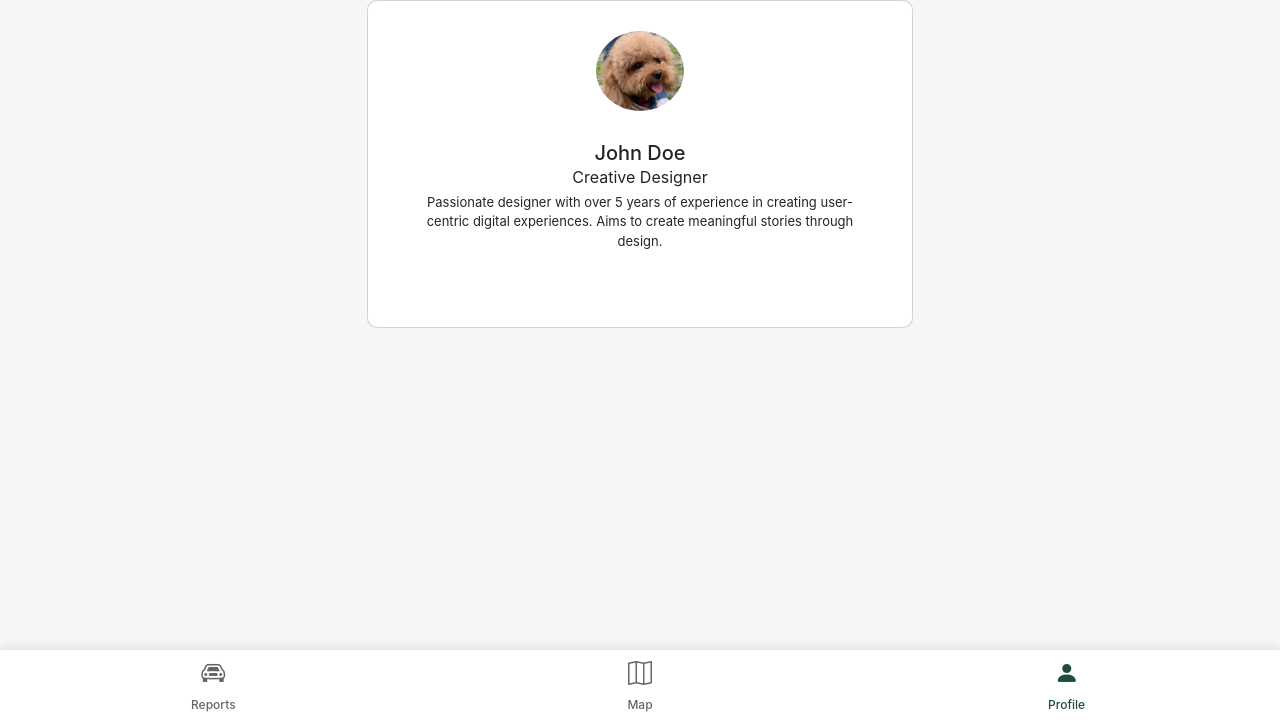
Repository: sukhrajsandhar/1800_202510_BBY8
Page: Profile.html
An editor plug-in stored every save of this project. The page is shown before and after the next save, followed by the edit.
The browser window is 1280 px wide. The pictures show the whole page.

Above is the page before, as saved 2025-03-03 19:28:14.

### Profile.html
<!DOCTYPE html>
<html lang="en">
<head>
    <meta charset="UTF-8">
    <meta name="viewport" content="width=device-width, initial-scale=1.0">
    <title>StreetSmart - User Profile</title>
    <link href="https://cdn.jsdelivr.net/npm/bootstrap@5.3.2/dist/css/bootstrap.min.css" rel="stylesheet">
    <link href="https://fonts.googleapis.com/icon?family=Material+Icons" rel="stylesheet">
    <link rel="stylesheet" href="https://cdn.jsdelivr.net/npm/bootstrap-icons@1.11.1/font/bootstrap-icons.css">
    <link rel="stylesheet" href="/styles/styles3.css">
    <link rel="stylesheet" href="/styles/styles2.css">
</head>
<body>
    <div class="container">
        <div class="row d-flex justify-content-center">
            <div class="col-md-6">
                <div class="card p-3 py-4">
                    <div class="text-center">
                        <img src="/images/elmo.jpg" width="100" class="rounded-circle">
                    </div>
                    <div class="text-center mt-3">
                        <h5 class="mt-2 mb-0">John Doe</h5>
                        <span>Creative Designer</span>
                        <div class="px-4 mt-1">
                            <p class="fonts">Passionate designer with over 5 years of experience in creating user-centric
                                digital experiences. Aims to create meaningful stories through design.</p>
                        </div>
                        <ul class="social-list">
                            <li><a href="#" class="fab fa-facebook-f"></a></li>
                            <li><a href="#" class="fab fa-twitter"></a></li>
                            <li><a href="#" class="fab fa-instagram"></a></li>
                            <li><a href="#" class="fab fa-linkedin-in"></a></li>
                        </ul>
                    </div>
                </div>
            </div>
        </div>
    </div>
    <!-- Nav bar -->
    <nav class="bottom-nav">
        <a href="Reports.html" class="nav-item">
            <i class="bi bi-car-front"></i>
            <span>Reports</span>
        </a>
        <a href="main.html" class="nav-item">
            <i class="bi bi-map"></i>
            <span>Map</span>
        </a>
        <a href="Profile.html" class="nav-item active">
            <i class="bi bi-person-fill"></i>
            <span>Profile</span>
        </a>
    </nav>

    <script src="https://cdn.jsdelivr.net/npm/bootstrap@5.3.2/dist/js/bootstrap.bundle.min.js"></script>
</body>
</html>

### styles/styles3.css
/* Stylesheet for Profile.html */

body {
    background-color: #f4f7f6;
}

.card {
    border-radius: 10px;
}

.rounded-circle {
    border: 6px solid #fff;
}

.fonts {
    font-size: 13px;
}

.social-list {
    padding: 0;
    list-style-type: none;
    display: flex;
    justify-content: center;
}

.social-list li {
    padding: 10px;
    color: #717171;
    cursor: pointer;
    font-size: 19px;
}

### styles/styles2.css
:root {
  --primary-color: #1e4d3b;
  --secondary-color: #2a6b52;
  --accent-color: #34836b;
  --light-color: #ffffff;
  --dark-color: #213547;
  --shadow-sm: 0 4px 6px rgba(0, 0, 0, 0.1);
  --shadow-md: 0 10px 30px rgba(0, 0, 0, 0.1);
  --gradient: linear-gradient(135deg, var(--primary-color), var(--secondary-color));
  --road-color: #ff7043;
  --lighting-color: #ffca28;
  --trash-color: #7e57c2;
  --graffiti-color: #42a5f5;
  --water-color: #26c6da;
  --other-color: #78909c;
}

* {
  margin: 0;
  padding: 0;
  box-sizing: border-box;
}

h1 {
  text-align: center;
  margin: 20px 0;
}

.scrollable-container {
  position: absolute;
  top: 20;
  left: 0;
  width: 100%;
  height: 80%;
  overflow-y: auto;
  box-shadow: 0 -2px 10px rgba(0, 0, 0, 0.1);
}

body {
  font-family: 'Inter', system-ui, -apple-system, BlinkMacSystemFont, 'Segoe UI', Roboto, Oxygen, Ubuntu, Cantarell, 'Open Sans', 'Helvetica Neue', sans-serif;
  height: 100vh;
  overflow: hidden;
  position: relative;
  color: var(--dark-color);
}

#map { position: absolute; top: 0; bottom: 0%; width: 100%; }


.search-container {
  position: absolute;
  top: 20px;
  left: 50%;
  transform: translateX(-50%);
  width: 90%;
  max-width: 500px;
  display: flex;
  align-items: center;
  z-index: 10;
}

.search-bar {
  flex: 1;
  background-color: white;
  border-radius: 24px;
  padding: 8px 16px;
  display: flex;
  align-items: center;
  box-shadow: var(--shadow-md);
}

.search-bar i {
  color: #666;
  margin-right: 8px;
}

.search-bar input {
  flex: 1;
  border: none;
  outline: none;
  font-size: 16px;
  padding: 4px 0;
}

.report-btn {
  width: 48px;
  height: 48px;
  border-radius: 50%;
  background: var(--gradient);
  color: white;
  border: none;
  margin-left: 12px;
  box-shadow: var(--shadow-md);
  display: flex;
  align-items: center;
  justify-content: center;
  cursor: pointer;
  transition: transform 0.2s;
}

.report-btn:hover {
  transform: scale(1.05);
}

.report-btn.disabled {
  opacity: 0.7;
  cursor: default;
}

.report-btn.disabled:hover {
  transform: none;
}

.report-btn i {
  font-size: 24px;
}

/* Current Location */
.current-location {
  position: absolute;
  bottom: 120px;
  right: 20px;
  z-index: 5;
}

.pulse {
  position: absolute;
  width: 40px;
  height: 40px;
  border-radius: 50%;
  background-color: rgba(33, 150, 243, 0.2);
  animation: pulse 2s infinite;
}

@keyframes pulse {
  0% {
      transform: scale(0.8);
      opacity: 0.8;
  }
  70% {
      transform: scale(2);
      opacity: 0;
  }
  100% {
      transform: scale(0.8);
      opacity: 0;
  }
}

.dot {
  position: absolute;
  top: 50%;
  left: 50%;
  transform: translate(-50%, -50%);
  width: 16px;
  height: 16px;
  border-radius: 50%;
  background-color: #2196f3;
  border: 3px solid white;
  box-shadow: var(--shadow-sm);
}

.layers-btn {
  position: absolute;
  bottom: 120px;
  left: 20px;
  width: 48px;
  height: 48px;
  border-radius: 50%;
  background-color: white;
  border: none;
  box-shadow: var(--shadow-md);
  display: flex;
  align-items: center;
  justify-content: center;
  cursor: pointer;
  z-index: 5;
}

.layers-btn i {
  color: var(--dark-color);
}

.bottom-nav {
  position: fixed;
  bottom: 0;
  left: 0;
  width: 100%;
  height: 70px;
  background-color: white;
  display: flex;
  justify-content: space-around;
  align-items: center;
  box-shadow: 0 -2px 10px rgba(0, 0, 0, 0.1);
  z-index: 10;
}

.nav-item {
  display: flex;
  flex-direction: column;
  align-items: center;
  color: #666;
  text-decoration: none;
  padding: 8px 0;
  transition: color 0.2s, transform 0.2s;
  width: 33.33%;
  justify-content: center;
}

.nav-item:hover {
  transform: translateY(-2px);
}

.nav-item.active {
  color: var(--primary-color);
}

.nav-item i {
  font-size: 24px;
  margin-bottom: 4px;
}

.nav-item span {
  font-size: 12px;
  font-weight: 500;
}

@media (max-width: 768px) {
  .search-container {
      width: 90%;
  }
}

@media (max-width: 480px) {
  .search-container {
      width: 95%;
  }

  .nav-item i {
      font-size: 22px;
  }

  .nav-item span {
      font-size: 11px;
  }
}

After the next save:
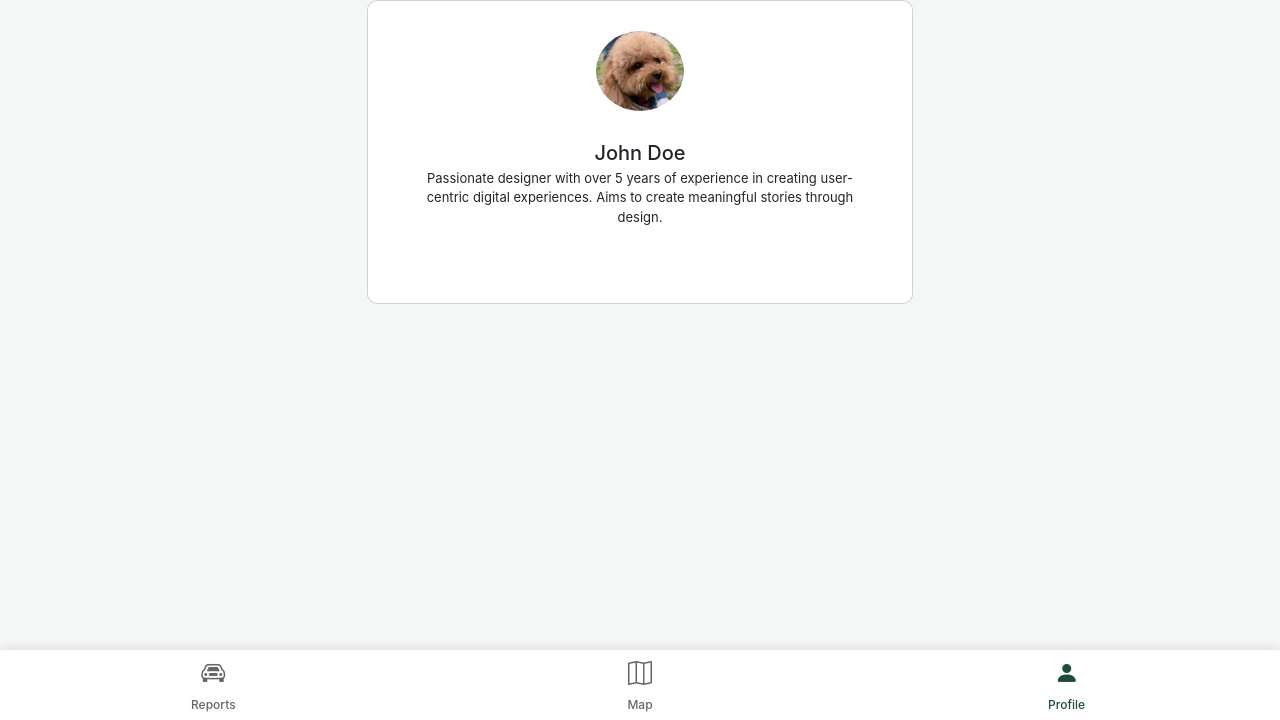
Saved 13 s later.
--- a/Profile.html
+++ b/Profile.html
@@ -20,7 +20,6 @@
                     </div>
                     <div class="text-center mt-3">
                         <h5 class="mt-2 mb-0">John Doe</h5>
-                        <span>Creative Designer</span>
                         <div class="px-4 mt-1">
                             <p class="fonts">Passionate designer with over 5 years of experience in creating user-centric
                                 digital experiences. Aims to create meaningful stories through design.</p>
